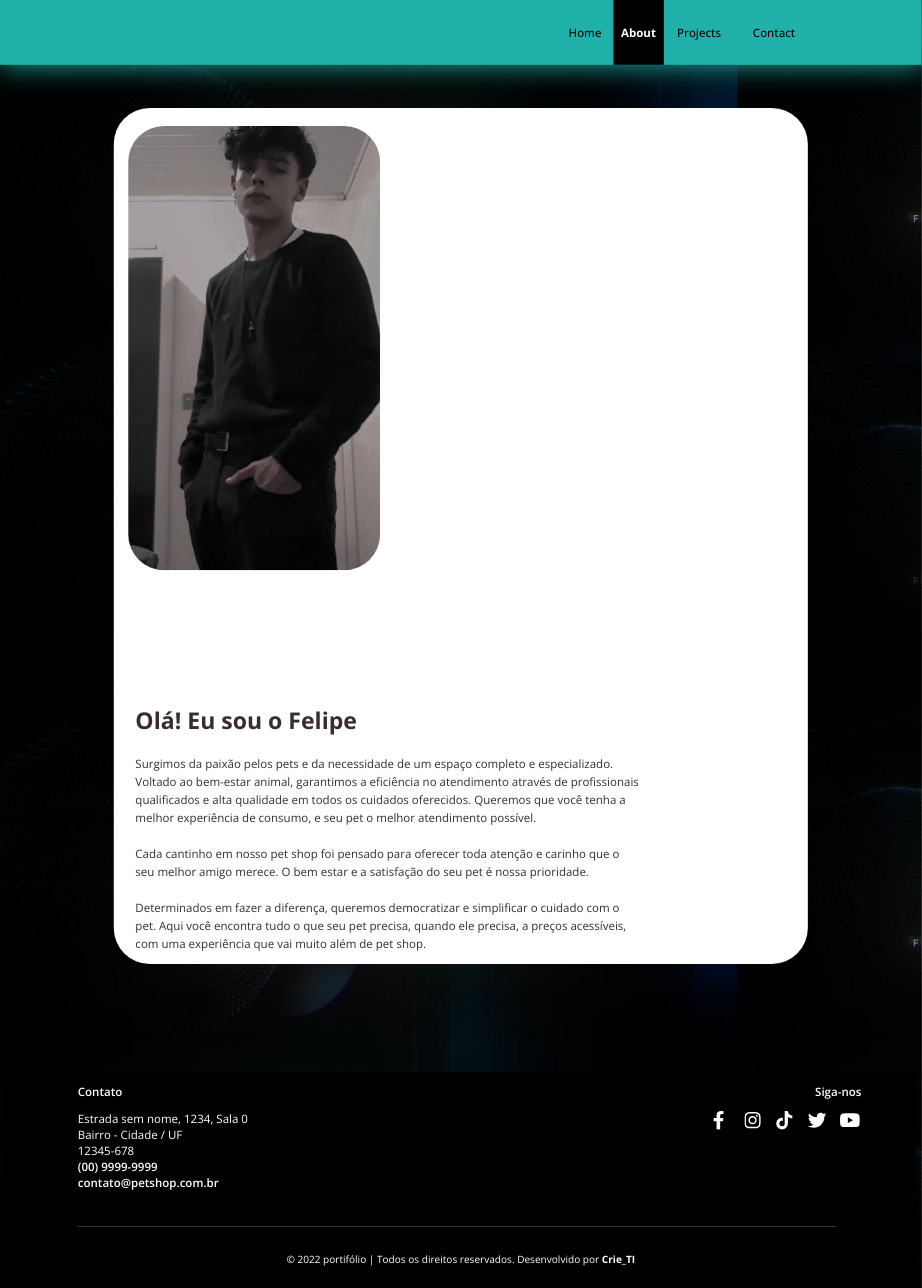
Repository: Fel1pit0/CRIE_TI
Page: Projetos/Portifólio/about.html
The author's editor kept a copy of each file at every save. The page is drawn from the files as they stood at one save, then again after the next save.
The browser window is 1280 px wide. The pictures show the whole page, at 72% of full size.

Above is the page before, as saved 2022-05-25 15:08:42.

### Projetos/Portifólio/about.html
<!DOCTYPE html>
<html lang="en">
<head>
    <meta charset="UTF-8">
    <meta http-equiv="X-UA-Compatible" content="IE=edge">
    <meta name="viewport" content="width=device-width, initial-scale=1.0">
    <title>Portifólio</title>
    <link rel="stylesheet" href="styles.css">
    <link rel="preconnect" href="https://fonts.googleapis.com">
    <link rel="preconnect" href="https://fonts.gstatic.com" crossorigin>
    <link href="https://fonts.googleapis.com/css2?family=Roboto+Mono:wght@100&display=swap" rel="stylesheet">
</head>
<body>
    <header>
        <a href="index.html"></a>
        <nav class="pages">
          <div class="home-page"><a href="index.html">Home</a></div>
          <div class="about-page" style="background-color: black; color: #fff; font-weight: bold;"><a href="about.html">About</a></div>
          <div class="services-page"><a href="services.html">Projects</a></div>
          <div class="contact-page"><a href="contact.html">Contact</a></div>
        </nav>
    </header>

    <section id="about">
        <div>
          <img class="image-about" src="imagens/eu.jpeg" alt="minha-foto">
          <div class="desc-about">
            <h2>Olá! Eu sou o Felipe</h2>
            <p>Surgimos da paixão pelos pets e da necessidade de um espaço completo e especializado.<br/>
              Voltado ao bem-estar animal, garantimos a eficiência no atendimento através de profissionais qualificados e alta qualidade em todos os cuidados oferecidos. Queremos que você tenha a melhor experiência de consumo, e seu pet o melhor atendimento possível.<br/>
              <br>
              Cada cantinho em nosso pet shop foi pensado para oferecer toda atenção e carinho que o seu melhor amigo merece. O bem estar e a satisfação do seu pet é nossa prioridade.<br/>
              <br/>
              Determinados em fazer a diferença, queremos democratizar e simplificar o cuidado com o pet. Aqui você encontra tudo o que seu pet precisa, quando ele precisa, a preços acessíveis, com uma experiência que vai muito além de pet shop.
            </p>
          </div>
        </div>
    </section>

      <footer>
        <div class="foot-logo"></div>
          <div class="row-foot">
            <div class="contact-foot">
              <p>Contato</p>
                <div class="desc-contact">
                    <span>
                    Estrada sem nome, 1234, Sala 0<br/>
                    Bairro - Cidade / UF<br/>
                    12345-678<br/>
                    </span>
                    <a href="tel:+550099999999">(00) 9999-9999</a><br/>
                    <a href="mailto:contato@petshop.com.br">contato@petshop.com.br</a><br/>
                </div>
            </div>
            <div class="time-foot">
            </div>
            <div class="follow-foot">
              <p>Siga-nos</p>
                <div class="desc-follow">
                    <div class="social-icons">
                        <div class="ico-social"><a href="https://www.facebook.com/"><svg xmlns="http://www.w3.org/2000/svg" viewBox="0 0 600 512"><!--! Font Awesome Pro 6.1.1 by @fontawesome - https://fontawesome.com License - https://fontawesome.com/license (Commercial License) Copyright 2022 Fonticons, Inc. --><path d="M279.14 288l14.22-92.66h-88.91v-60.13c0-25.35 12.42-50.06 52.24-50.06h40.42V6.26S260.43 0 225.36 0c-73.22 0-121.08 44.38-121.08 124.72v70.62H22.89V288h81.39v224h100.17V288z"/></svg></a></div>
                        <div class="ico-social"><a href="https://www.instagram.com/"><svg xmlns="http://www.w3.org/2000/svg" viewBox="0 0 600 512"><!--! Font Awesome Pro 6.1.1 by @fontawesome - https://fontawesome.com License - https://fontawesome.com/license (Commercial License) Copyright 2022 Fonticons, Inc. --><path d="M224.1 141c-63.6 0-114.9 51.3-114.9 114.9s51.3 114.9 114.9 114.9S339 319.5 339 255.9 287.7 141 224.1 141zm0 189.6c-41.1 0-74.7-33.5-74.7-74.7s33.5-74.7 74.7-74.7 74.7 33.5 74.7 74.7-33.6 74.7-74.7 74.7zm146.4-194.3c0 14.9-12 26.8-26.8 26.8-14.9 0-26.8-12-26.8-26.8s12-26.8 26.8-26.8 26.8 12 26.8 26.8zm76.1 27.2c-1.7-35.9-9.9-67.7-36.2-93.9-26.2-26.2-58-34.4-93.9-36.2-37-2.1-147.9-2.1-184.9 0-35.8 1.7-67.6 9.9-93.9 36.1s-34.4 58-36.2 93.9c-2.1 37-2.1 147.9 0 184.9 1.7 35.9 9.9 67.7 36.2 93.9s58 34.4 93.9 36.2c37 2.1 147.9 2.1 184.9 0 35.9-1.7 67.7-9.9 93.9-36.2 26.2-26.2 34.4-58 36.2-93.9 2.1-37 2.1-147.8 0-184.8zM398.8 388c-7.8 19.6-22.9 34.7-42.6 42.6-29.5 11.7-99.5 9-132.1 9s-102.7 2.6-132.1-9c-19.6-7.8-34.7-22.9-42.6-42.6-11.7-29.5-9-99.5-9-132.1s-2.6-102.7 9-132.1c7.8-19.6 22.9-34.7 42.6-42.6 29.5-11.7 99.5-9 132.1-9s102.7-2.6 132.1 9c19.6 7.8 34.7 22.9 42.6 42.6 11.7 29.5 9 99.5 9 132.1s2.7 102.7-9 132.1z"/></svg></a></div>
                        <div class="ico-social"><a href="https://www.tiktok.com/"><svg xmlns="http://www.w3.org/2000/svg" viewBox="0 0 600 512"><!--! Font Awesome Pro 6.1.1 by @fontawesome - https://fontawesome.com License - https://fontawesome.com/license (Commercial License) Copyright 2022 Fonticons, Inc. --><path d="M448,209.91a210.06,210.06,0,0,1-122.77-39.25V349.38A162.55,162.55,0,1,1,185,188.31V278.2a74.62,74.62,0,1,0,52.23,71.18V0l88,0a121.18,121.18,0,0,0,1.86,22.17h0A122.18,122.18,0,0,0,381,102.39a121.43,121.43,0,0,0,67,20.14Z"/></svg></a></div>
                        <div class="ico-social"><a href="https://twitter.com/"><svg xmlns="http://www.w3.org/2000/svg" viewBox="0 0 600 512"><!--! Font Awesome Pro 6.1.1 by @fontawesome - https://fontawesome.com License - https://fontawesome.com/license (Commercial License) Copyright 2022 Fonticons, Inc. --><path d="M459.37 151.716c.325 4.548.325 9.097.325 13.645 0 138.72-105.583 298.558-298.558 298.558-59.452 0-114.68-17.219-161.137-47.106 8.447.974 16.568 1.299 25.34 1.299 49.055 0 94.213-16.568 130.274-44.832-46.132-.975-84.792-31.188-98.112-72.772 6.498.974 12.995 1.624 19.818 1.624 9.421 0 18.843-1.3 27.614-3.573-48.081-9.747-84.143-51.98-84.143-102.985v-1.299c13.969 7.797 30.214 12.67 47.431 13.319-28.264-18.843-46.781-51.005-46.781-87.391 0-19.492 5.197-37.36 14.294-52.954 51.655 63.675 129.3 105.258 216.365 109.807-1.624-7.797-2.599-15.918-2.599-24.04 0-57.828 46.782-104.934 104.934-104.934 30.213 0 57.502 12.67 76.67 33.137 23.715-4.548 46.456-13.32 66.599-25.34-7.798 24.366-24.366 44.833-46.132 57.827 21.117-2.273 41.584-8.122 60.426-16.243-14.292 20.791-32.161 39.308-52.628 54.253z"/></svg></a></div>
                        <div class="ico-social"><a href="https://www.youtube.com/"><svg xmlns="http://www.w3.org/2000/svg" viewBox="0 0 600 512"><!--! Font Awesome Pro 6.1.1 by @fontawesome - https://fontawesome.com License - https://fontawesome.com/license (Commercial License) Copyright 2022 Fonticons, Inc. --><path d="M549.655 124.083c-6.281-23.65-24.787-42.276-48.284-48.597C458.781 64 288 64 288 64S117.22 64 74.629 75.486c-23.497 6.322-42.003 24.947-48.284 48.597-11.412 42.867-11.412 132.305-11.412 132.305s0 89.438 11.412 132.305c6.281 23.65 24.787 41.5 48.284 47.821C117.22 448 288 448 288 448s170.78 0 213.371-11.486c23.497-6.321 42.003-24.171 48.284-47.821 11.412-42.867 11.412-132.305 11.412-132.305s0-89.438-11.412-132.305zm-317.51 213.508V175.185l142.739 81.205-142.739 81.201z"/></svg></a></div>
                    </div>
                </div>
            </div>
          <div class="line-foot"></div>
          <div class="copy"><span>© 2022 portifólio | Todos os direitos reservados. Desenvolvido por <b>Crie_TI</b></span></div>
      </footer>
</body>
</html>

### Projetos/Portifólio/styles.css
@import url('https://fonts.googleapis.com/css2?family=Open+Sans:ital,wght@0,300;0,400;0,500;0,600;0,700;0,800;1,300;1,400;1,500;1,600;1,700;1,800&display=swap');
body{
  font-family: 'Open Sans', sans-serif;
  background-color: black;
  height: 720px;
  background-image: linear-gradient(to bottom,rgb(0,0,0) 0%,rgba(0,0,0,0.35) 40%,rgba(0,0,0,0.9) 100%), url('imagens/crie_ti.jpg');;
}
.brand{
  width: 250px;
  margin-left: 50px;
}
header {
  background-color: #20B2AA;
  display: flex;
  align-items: center;
  position: fixed;
  padding: 0 50px;
  top: 0;
  left: 0px;
  right: 0px;
  height: 90px;
  box-shadow: 0 0 40px #20b2aa;
  z-index: 2;
}
.home-page, .about-page{
  display: inline-block;
  text-align: center;
  height: 90px;
  width: 70px;
}
.products-page, .services-page{
  display: inline-block;
  text-align: center;
  height: 90px;
  width: 90px;
}
.contact-page {
  display: inline-block;
  text-align: center;
  height: 90px;
  width: 110px;
}
.home-page a, .about-page a, .products-page a, .services-page a, .contact-page a{
  margin-top: 34px;
  margin-bottom: auto;
}
.pages {
  width: auto;
  font-weight: 450;
  justify-content: space-between;
  margin-left: auto;
  margin-right: 100px;
}
.pages a{
  color: inherit;
  text-decoration: none;
  display: inline-block;
}
.pages a:hover{
  color: #ff0077;
}
.banner {
  width: 100%;
  height: 600px;
  margin-top: 80px;
  object-fit: cover;
}
#our-services{
  text-align: center;
}
.sub-title{
  margin-top: 60px;
  text-align: center;
  color: #1A2138;
  font-size: 32px;
}
.column {
  display:inline-block;
  padding: 30px;
  width: 15%;
  height: 250px;
  vertical-align: middle;
}
.column a{
  color: inherit;
  text-decoration: none;
  display: inline-block;
}
.column a:hover svg{
  transform: matrix3d(1.176,-0.17,0.00,0,0.17,1.176,0.00,0,0,0,1,0,0,0,0,1);
  -webkit-transform: matrix3d(1.176,-0.17,0.00,0,0.17,1.176,0.00,0,0,0,1,0,0,0,0,1);
  transform-origin: center center 0px;
  transition: all 0.5s ease 0s;
  -webkit-transform-origin: center center 0px;
  -webkit-transition: all 0.5s ease 0s;
}
.service-ico{
  fill: #ff0077;
  width: 60px;
  margin: auto;
}
.service-name{
  text-align: center;
  font-weight: 600;
  color: #ff0077;
}
.service-description{
  text-align: center;
  width: 240px;
  color: #858585;
}
#description {
  width: 100%;
  height: 350px;
  background-color: #07f;
}
.desc-logo{
  margin-top: 60px ;
  margin-left: 100px;
  position: top;
  width: 18%;
  height: 80px;
}
.desc-text{
  color: #fff;
  margin: 0 100px 0 100px;
  font-size: large;
}
#products{
  margin-top: 5em;
  text-align: center;
}
.product-column {
  display:inline-block;
  margin-left: 20px;
  width: 10em;
  height: 20em;
}
.product-column a{
  color: inherit;
  text-decoration: none;
}
.product-column:hover{
  border: 1px solid #cecece;
  border-radius: 10px;
  transform: matrix3d(1.2,0,0.00,0,0.00,1.2,0.00,0,0,0,1,0,0,0,0,1);
  transform-origin: center center 0px;
  transition: all 0.5s ease 0s;
  -webkit-transform-origin: center center 0px;
  -webkit-transition: all 0.5s ease 0s;
}
.product-column:hover img{
  opacity: 60%;
}
.product-ico{
  width: 140px;
  margin: 10px auto;
}
.product-name{
  font-size: 14px;
  font-weight: 500;
  color: #858585;
  width: 10em;
  height: 6em;
  margin-right: auto;
  margin-left: auto;
}
.product-price{
  align-items: flex-end;
  color: #ff0077;
  font-weight: bold;
}
.row{
  margin-top: 2em;
}
.product-more{
  width: 8em;
  margin-left: auto;
  margin-right: auto;
}
.button{
  background-color: #ff0077;
  color: #fff;
  font-weight: 400;
  height: 2em;
  margin-top: 2em;
  border: 1px solid #f07;
  border-radius: 10px;
  display: flex;
  justify-content: center;
  align-items: center;
}
.button:hover{
  transform: scale(1.03);
  transform-origin: center center 0px;
  transition: all 0.5s ease 0s;
  -webkit-transform-origin: center center 0px;
  -webkit-transition: all 0.5s ease 0s;
}
.button a{
  color: inherit;
  text-decoration: none;
}
footer{
  background-color: black;
  color: #fff;
  width: 100%;
  height: 300px;
}
.foot-logo svg{
  width: 15%;
  margin-top: 50px;
  margin-left: 100px;
  margin-bottom: 20px;
}
.row-foot{
  display: inline-block;
  width: 100%;
}
.contact-foot{
  display: inline-block;
  width: 330px;
  margin-left: 100px;
}
.contact-foot p{
  font-weight: 600;
  font-size: 16px;
}
.contact-foot a{
  color: inherit;
  text-decoration: none;
  font-weight: 600;
}
.desc-contact span{
  font-weight: lighter;
  width: 250px;
}
.time-foot{
  vertical-align: top;
  display: inline-block;
  width: 400px;
  text-align: center;
  font-weight: 600;
  font-size: 16px;
}
.desc-time span{
  margin-bottom: 0;
  font-weight: 100;
  width: 400px;
}
.follow-foot{
  vertical-align: top;
  display: inline-block;
  width: 300px;
  height: 20px;
  margin-left: 50px;
  text-align: right;
  font-weight: 600;
}
.ico-social{
  display: inline-block;
  margin: 0 0 0 10px;
  height: 30px;
  width: 30px;
}
.ico-social a{
  display: inline-block;
  width: 30px;
  vertical-align: top;
  margin: 0 0 30px;
  fill: #fff;
}
.ico-social:hover{
  transform: matrix3d(1.2,-0.26,0.00,0,0.26,1.164,0.00,0,0,0,1,0,0,0,0,1);
  transform-origin: center center 0px;
  transition: all 0.5s ease 0s;
  -webkit-transform-origin: center center 0px;
  -webkit-transition: all 0.5s ease 0s;
}
.line-foot{
  background-color: #ffd8ea;
  opacity: 30%;
  margin: 50px 110px 0 100px;
  width: auto;
  height: 1px;
}
.copy{
  margin-top: 35px;
  font-weight:lighter;
  font-size: 14px;
  text-align: center;
}
#about{
  margin-bottom: 5em;
  background-color: white;
  margin: 150px;
  border-radius: 50px;
}
.image-about{
  display: inline-block;
  width: 350px;
  height: auto;
  margin: 25px 20px;
  border-radius: 50px;
}
.desc-about{
  display: inline-block;
  margin: 130px 0 0 30px;
  width: 700px;
  vertical-align: top;
}
.desc-about h2{
  color: #382c32;
  font-size: 32px;
}
.desc-about p{
  color: #382c32;
  font-size: 16px;
  font-weight: lighter;
  line-height: 25px;
}
.contact-button{
  width: 10em;
  background-color: #ff0077;
  color: #fff;
  font-size: 16px;
  font-weight: 600;
  height: 2em;
  margin-top: 2em;
  border: 1px solid #f07;
  border-radius: 10px;
  display: flex;
  justify-content: center;
  align-items: center;
}
.contact-button a{
  color: inherit;
  text-decoration: none;
  width: 10em;
  text-align: center;
}
.contact-button:hover{
  transform: scale(1.03);
  transform-origin: center center 0px;
  transition: all 0.5s ease 0s;
  -webkit-transform-origin: center center 0px;
  -webkit-transition: all 0.5s ease 0s;
}
.products-title{
  font-size: 32px;
  text-align: left;
  margin-top: 150px;
  margin-left: 100px;
  color: #1A2138;
}
#services{
  margin-top: 90px;
}
#products{
  margin-bottom: 5em;
}
.shower{
  background-image: url(Imagens/Serviços/bath-and-groom.jpg);
  height: 350px;
  background-size: 500px 350px;
  background-position: left;
  background-repeat: no-repeat;
}
.desc-shower{
  display: inline-block;
  width: 600px;
  vertical-align: top;
  margin: 0 0 0 550px;
}
.desc-shower h3{
  color: #f07;
  font-size: 24px;
  font-weight: 400
}
.desc-shower span{
  color: #382c32;
  font-size: 18px;
  font-weight: 400;
  line-height: 25px;
}
.desc-shower p{
  color: #382c32;
  opacity: 80%;
  font-size: 16px;
  font-weight: 400;
  line-height: 25px;
}
.medic{
  background-color: #f07;
  background-image: url(Imagens/Serviços/medical-center.jpg);
  height: 350px;
  background-size: 500px 350px;
  background-position: right;
  background-repeat: no-repeat;
}
.desc-medic{
  display: inline-block;
  width: 650px;
  vertical-align: top;
  margin: 10px 0 0 100px;
  text-align: right;
}
.desc-medic h3{
  color: #fff;
  font-size: 24px;
  font-weight: 400
}
.desc-medic span{
  color: #fff;
  font-size: 18px;
  font-weight: 500;
  line-height: 30px;
}
.desc-medic p{
  color: #fff;
  opacity: 80%;
  font-size: 16px;
  font-weight: 100;
  line-height: 30px;
}
.drug{
  background-color: #07f;
  background-image: url(Imagens/Serviços/drugstore.jpg);
  height: 350px;
  background-size: 500px 350px;
  background-position: left;
  background-repeat: no-repeat;
}
.desc-drug{
  display: inline-block;
  width: 600px;
  vertical-align: top;
  margin: 30px 0 0 550px;
}
.desc-drug h3{
  color: #fff;
  font-size: 24px;
  font-weight: 400
}
.desc-drug span{
  color: #fff;
  font-size: 18px;
  font-weight: 400;
  line-height: 25px;
}
.desc-drug p{
  color: #fff;
  opacity: 80%;
  font-size: 16px;
  font-weight: 400;
  line-height: 25px;
}
.delivery{
  background-color: #FF320D;
  background-image: url(Imagens/Serviços/delivery.jpg);
  height: 350px;
  background-size: 500px 700px;
  background-position: right;
  background-repeat: no-repeat;
}
.desc-delivery{
  display: inline-block;
  width: 650px;
  vertical-align: top;
  margin: 50px 0 0 100px;
  text-align: right;
}
.desc-delivery h3{
  color: #fff;
  font-size: 24px;
  font-weight: 400
}
.desc-delivery span{
  color: #fff;
  font-size: 18px;
  font-weight: 500;
  line-height: 30px;
}
.desc-delivery p{
  color: #fff;
  opacity: 80%;
  font-size: 16px;
  font-weight: 100;
  line-height: 30px;
}
.pick{
  background-color: #C10DFF;
  background-image: url(Imagens/Serviços/pick-up.jpg);
  height: 350px;
  background-size: 500px 350px;
  background-position: left;
  background-repeat: no-repeat;
}
.desc-pick{
  display: inline-block;
  width: 600px;
  vertical-align: top;
  margin: 50px 0 0 550px;
}
.desc-pick h3{
  color: #fff;
  font-size: 24px;
  font-weight: 400
}
.desc-pick span{
  color: #fff;
  font-size: 18px;
  font-weight: 400;
  line-height: 25px;
}
.desc-pick p{
  color: #fff;
  opacity: 80%;
  font-size: 16px;
  font-weight: 400;
  line-height: 25px;
}
.care{
  background-color: #6cf515;
  background-image: url(Imagens/Serviços/daycare.jpg);
  height: 350px;
  background-size: 500px 350px;
  background-position: right;
  background-repeat: no-repeat;
}
.desc-care{
  display: inline-block;
  width: 650px;
  vertical-align: top;
  margin: 30px 0 0 100px;
  text-align: right;
}
.desc-care h3{
  color: #fff;
  font-size: 24px;
  font-weight: 400
}
.desc-care span{
  color: #fff;
  font-size: 18px;
  font-weight: 500;
  line-height: 30px;
}
.desc-care p{
  color: #fff;
  opacity: 80%;
  font-size: 16px;
  font-weight: 100;
  line-height: 30px;
}
.hotel{
  background-color: #353535;
  height: 350px;
}
.hotel-img{
  width: 500px;
  height: 350px;

}
.desc-hotel{
  display: inline-block;
  width: 650px;
  vertical-align: top;
  margin: 50px 0 0 50px;
}
.desc-hotel h3{
  color: #fff;
  font-size: 24px;
  font-weight: 400
}
.desc-hotel span{
  color: #fff;
  font-size: 18px;
  font-weight: 400;
  line-height: 25px;
}
.desc-hotel p{
  color: #fff;
  opacity: 80%;
  font-size: 16px;
  font-weight: 300;
  line-height: 25px;
  width: 600px;
}
#talk{
  margin-bottom: 5em;
  width: 100%;
}
.inputs{
  display: inline-block;
  margin-left: 100px;
  width: 50%;
}
.input-name{
  color: #858585;
  font-size: 14px;
}
.form-item{
  width: 100%;
  min-height: 35px;
  margin-bottom: 20px;
  border: 1px solid #858585;
  border-radius: 5px;
  box-sizing: border-box;
  background-color: #fff;
  font-size: 16px;
}
.send-button{
  width: 7em;
  background-color: #ff0077;
  color: #fff;
  font-size: 16px;
  font-weight: 600;
  height: 40px;
  border: 1px solid #f07;
  border-radius: 10px;
  justify-content: center;
  align-items: center;
}
.send-button a{
  color: inherit;
  text-decoration: none;
  width: 10em;
  text-align: center;
}
.send-button:hover{
  transform: scale(1.03);
  transform-origin: center center 0px;
  transition: all 0.5s ease 0s;
  -webkit-transform-origin: center center 0px;
  -webkit-transition: all 0.5s ease 0s;
}
.infos{
  width: 450px;
  display: inline-block;
  margin-left: 30px;
}
.info-item{
  font-size: 13px;
  font-weight: 600;
  color: #858585;
  margin-bottom: 0px;
}
.infos a{
  color: #f07;
  text-decoration: none;
  font-size: 16px;
  font-weight: 600;
}

After the next save:
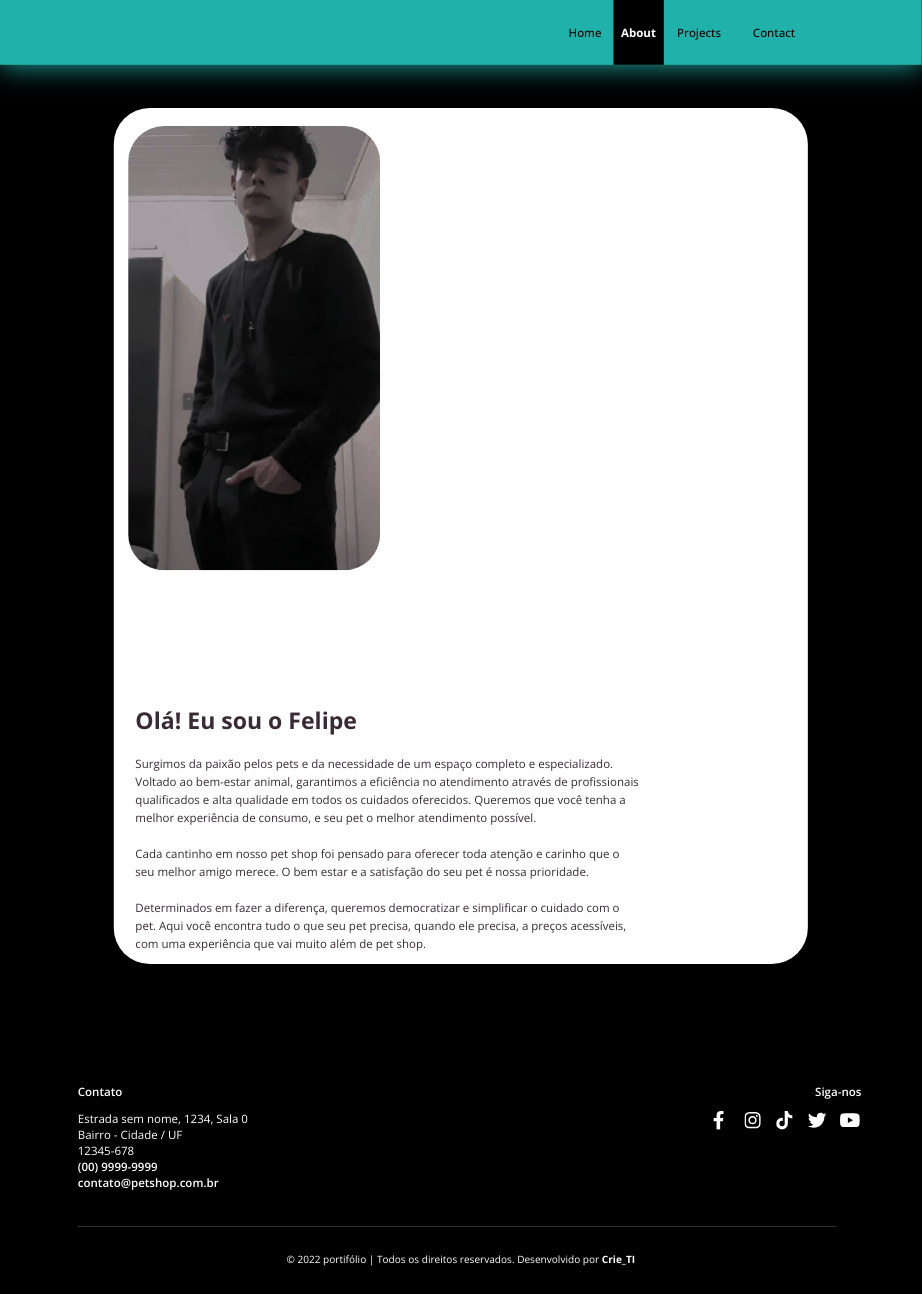
Saved 14 s later.
--- a/Projetos/Portifólio/styles.css
+++ b/Projetos/Portifólio/styles.css
@@ -2,8 +2,6 @@
 body{
   font-family: 'Open Sans', sans-serif;
   background-color: black;
-  height: 720px;
-  background-image: linear-gradient(to bottom,rgb(0,0,0) 0%,rgba(0,0,0,0.35) 40%,rgba(0,0,0,0.9) 100%), url('imagens/crie_ti.jpg');;
 }
 .brand{
   width: 250px;
